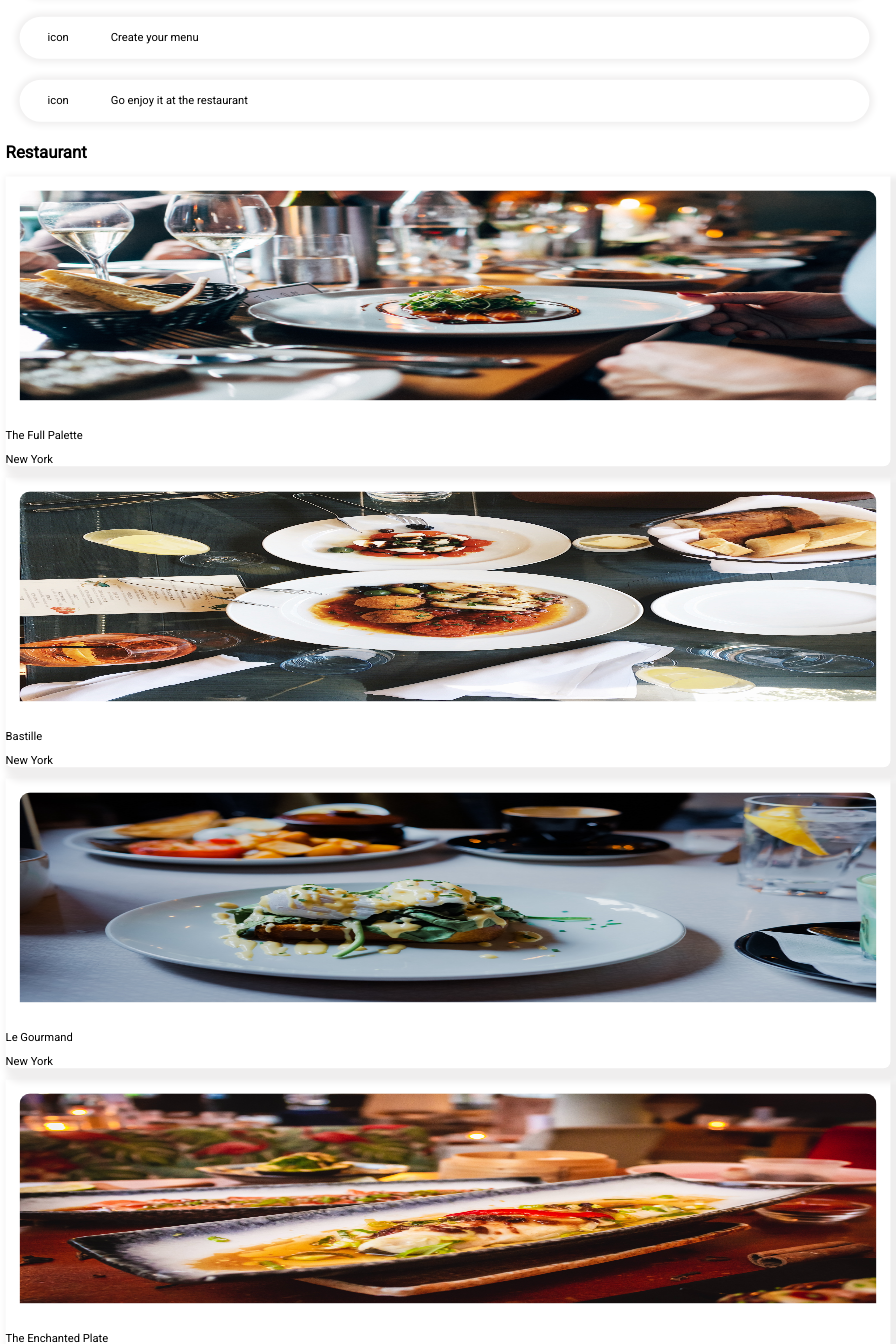
Repository: ailahin/ohmyfood
Page: Index.html
An editor plug-in stored every save of this project. The page is shown before and after the next save, followed by the edit.
The browser window is 1280 px wide. The pictures show the part of the page from y = 460 to 2380 px (the page is 2756 px tall), at 70% of full size.
Some web fonts or font styles are not loaded; a fallback is used.

Above is the page before, as saved 2023-08-12 21:26:47.

### Index.html
<!DOCTYPE html>
<html lang="en">
  <head>
    <meta charset="UTF-8" />
    <meta name="viewport" content="width=device-width, initial-scale=1.0" />
    <title>ohmyfood</title>
    <link rel="stylesheet" href="index.css" />
    <link rel="preconnect" href="https://fonts.googleapis.com" />
    <link rel="preconnect" href="https://fonts.gstatic.com" crossorigin />
    <link
      href="https://fonts.googleapis.com/css2?family=Raleway&family=Roboto&family=Shrikhand&display=swap"
      rel="stylesheet"
    />

    <!-- font-family: 'Raleway', sans-serif;
font-family: 'Roboto', sans-serif;
font-family: 'Shrikhand', cursive; -->
    <!-- Primary Secondary Tertiary
#9356DC #FF79DA #99E2D0 -->
  </head>
  <body class="body">
    <header>
      <div class="header-img">
        <img src="/images/logo/ohmyfood.png" alt="" />
      </div>

      <div class="header-title">
        <h3>Paris, Belleville</h3>
      </div>
    </header>

    <nav>
      <div>
        <h1 class="nav-title">Book the menu you like</h1>
        <p class="span-text">Discover top-of-the-art restaurants we</p>
        <p class="span-text">picked for you</p>
        <a href="" type="button" class="nav-btn"> Explore our restaurants</a>
      </div>
    </nav>

    <section>
      <h1>How it works</h1>

      <div class="card">
        <div class="card-icon">icon</div>
        <div class="card-text">Chose a restaurant</div>
      </div>
      <div class="card">
        <div class="card-icon">icon</div>
        <div class="card-text">Create your menu</div>
      </div>
      <div class="card">
        <div class="card-icon">icon</div>
        <div class="card-text">Go enjoy it at the restaurant</div>
      </div>
    </section>

    <section class="all-restaurants">
        <div>
            <h1>Restaurant</h1>
        </div>
      <div class="menu-card">
        <div class="image-container">
            <img src="/images/restaurants/jay-wennington-N_Y88TWmGwA-unsplash.jpg" alt="">
        </div>
        <div>
          <p>The Full Palette</p>
          <p>New York</p>
        </div>
      </div>

      <div  class="menu-card" >
        <div class="image-container">
            <img src="/images/restaurants/stil-u2Lp8tXIcjw-unsplash.jpg" alt="">
        </div>
        <div>
          <p>Bastille</p>
          <p>New York</p>
        </div>
      </div>
      <div  class="menu-card">
        <div class="image-container">
            <img src="/images/restaurants/toa-heftiba-DQKerTsQwi0-unsplash.jpg" alt="">
        </div>
        <div>
          <p>Le Gourmand</p>
          <p>New York</p>
        </div>
      </div>
      <div  class="menu-card">
        <div class="image-container">
            <img src="/images/restaurants/louis-hansel-shotsoflouis-qNBGVyOCY8Q-unsplash.jpg" alt="">
        </div>
        <div>
          <p>The Enchanted Plate</p>
          <p>New York</p>
        </div>
      </div>
    </section>
    <footer>
      <section class="footer">
        <h1 class="footer-title">ohmyfood</h1>
        <div class="icon-text">
          <div>
            <p>icon</p>
          </div>
          <div>
            <p>Suggest a restaurant</p>
          </div>
        </div>
        <div class="icon-text">
          <div><p>icon</p></div>
          <div><p>Become a partner</p></div>
        </div>
        <p>Legal</p>
        <p>Contact</p>
      </section>
    </footer>
  </body>
</html>

### index.css

* {

    font-family: 'Roboto', sans-serif;
  }


.header-img {
    display: flex;
    align-items: center;
    justify-content: center;
    & img{
        width: 200px;

    }



}
.header-title{
    display: flex;
    align-items: center;
    justify-content:center;

}
nav{
    background-color: rgb(240, 241, 241);
    padding: 10px;
    padding-bottom: 10px;
    width: 100%;
    box-sizing: border-box;





    .nav-title{
        align-items: center;
        justify-content: center;
        display: flex;
        font-family: 'Roboto', sans-serif;
        font-size: 30px;

    }

    .span-text{
        align-items: center;
        justify-content: center;
        display: flex;
    }

    .nav-btn {
        display: flex;
        align-items: center;
        justify-content: center;
        background-color: pink;
        width: 200px;
        margin: 0 auto;
        text-decoration: none;
        padding: 10px;
        border-radius: 1000px;
        font-weight: bold;

    }
}
.card{
    box-shadow: 0px 0px 10px 5px rgb(239, 238, 238);
    border-radius: 100px;
    margin: 30px 30px 30px 20px;
    height:60px;
    display: flex;
    align-items: center;
    gap: 60px;
}

.card-text{
    margin-left: 00px;



}

.card-icon{
    margin-left: 40px;


}


/* imgage and restaurant section */

.menu-card{
    box-shadow: 10px 10px 10px 10px rgb(239, 238, 238);
    border-radius: 0px 0px 10px 10px;


    gap: 100px;

}
.image-container {
    border-radius: 15px 15px 0px 0px;
    padding: 20px;







}


.image-container img{
    height: 300px;
    width: 100%;
    border-radius: 15px 15px 0px 0px;






}


/* footer  CSS */

.footer{
    background-color: rgb(57, 57, 57);
    color: white;
    padding: 30px;
    .footer-title{
        font-family: 'Shrikhand', cursive
    }
    .icon-text{
        display: flex;
        gap: 20px;

    }
}

After the next save:
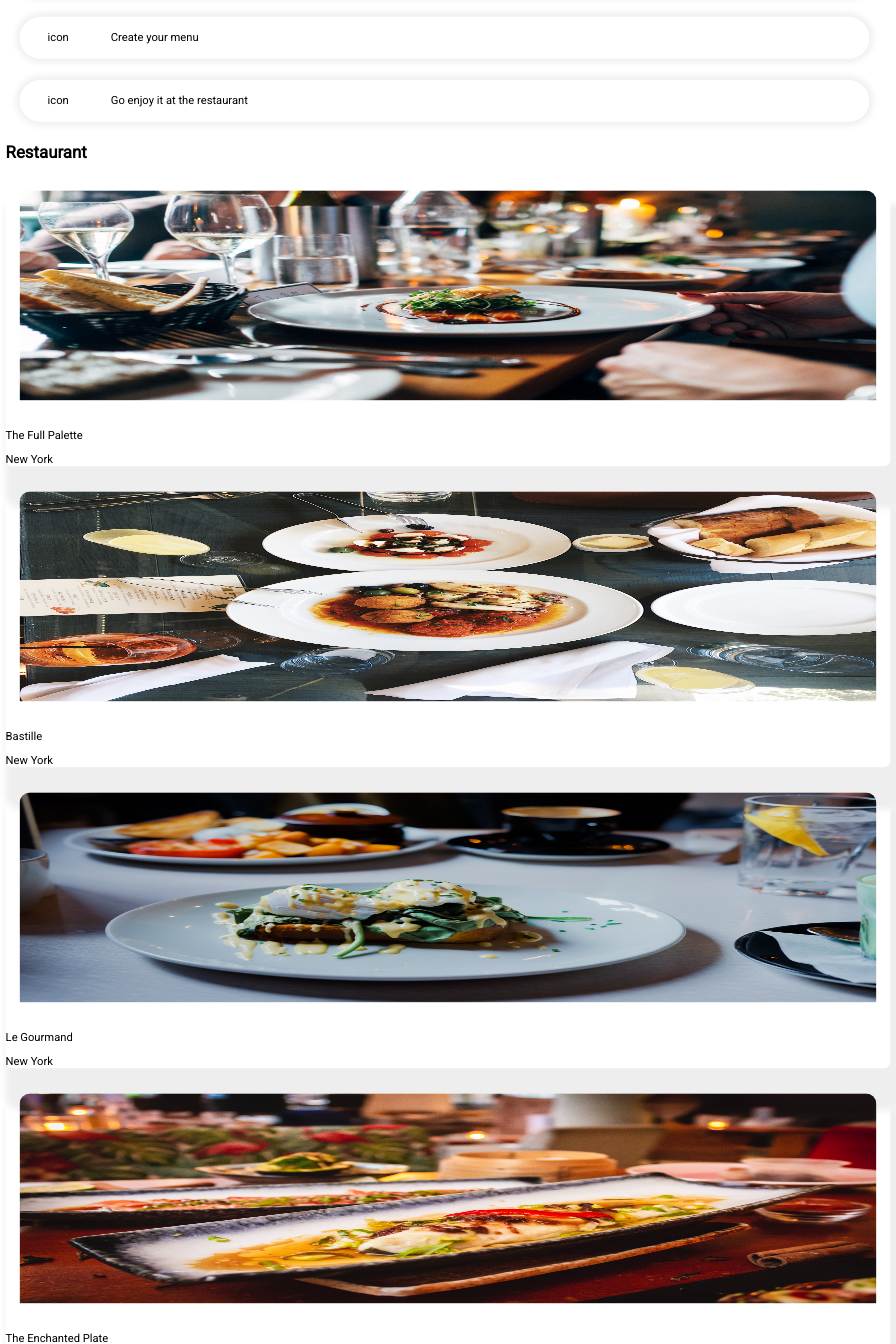
Saved 7 s later.
--- a/index.css
+++ b/index.css
@@ -90,7 +90,7 @@
 /* imgage and restaurant section */
 
 .menu-card{
-    box-shadow: 10px 10px 10px 10px rgb(239, 238, 238);
+    box-shadow: 10px 50px 10px 10px rgb(239, 238, 238);
     border-radius: 0px 0px 10px 10px;
 
 

After the save that followed:
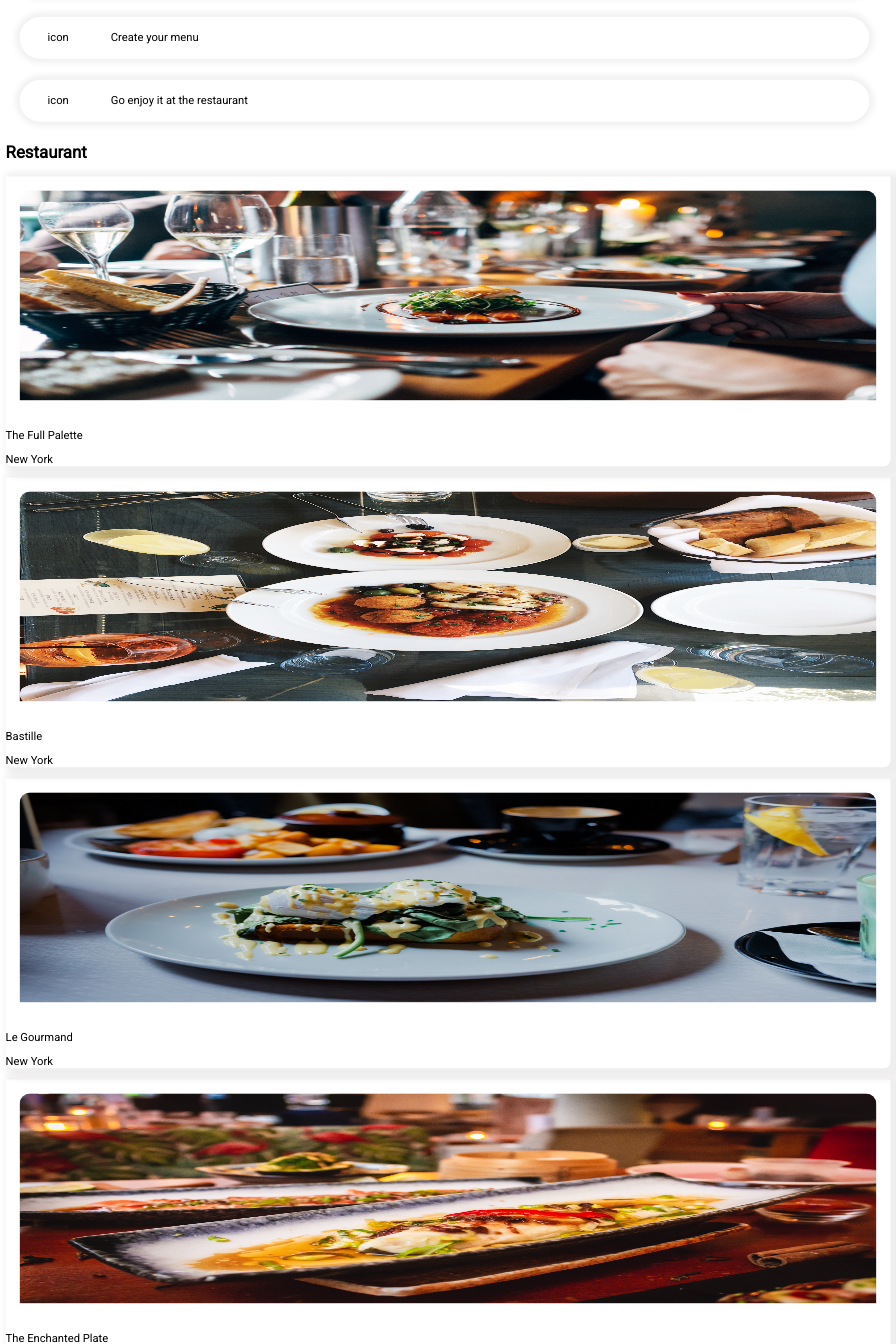
Saved 7 s later.
--- a/index.css
+++ b/index.css
@@ -90,7 +90,7 @@
 /* imgage and restaurant section */
 
 .menu-card{
-    box-shadow: 10px 50px 10px 10px rgb(239, 238, 238);
+    box-shadow: 10px 5px 10px 10px rgb(239, 238, 238);
     border-radius: 0px 0px 10px 10px;
 
 
